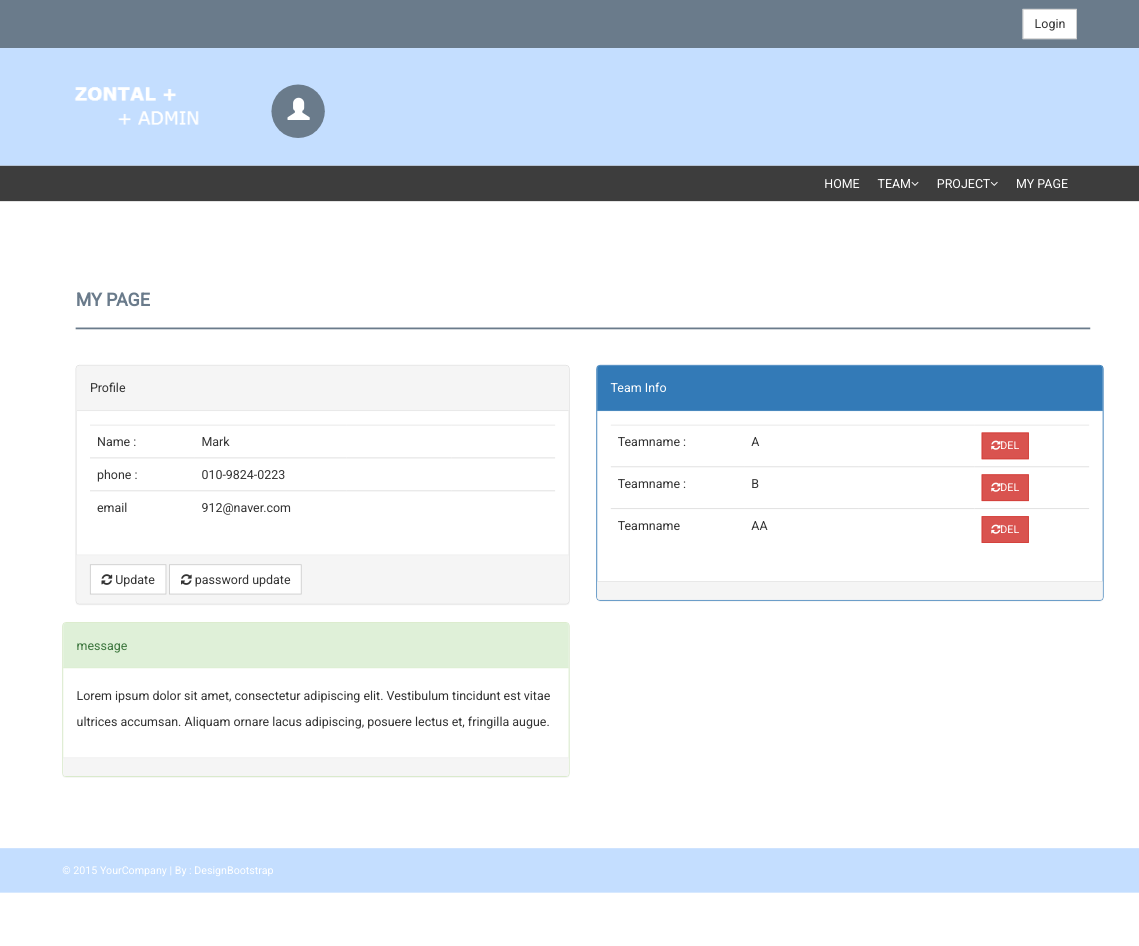
Repository: hwju91/skuniv
Page: http://localhost/0903.2/WEB-INF/jsp/mypage.jsp
The author's editor kept a copy of each file at every save. The page is drawn from the files as they stood at one save, then again after the next save.
The browser window is 1280 px wide. The pictures show the whole page, at 89% of full size.
The page is served by Tomcat 9. Nobody is signed in. The template is opened directly, without the code that normally fills it, so the values that code supplies are empty.

Above is the page before, as saved 2016-09-06 10:29:25.

After the next save:
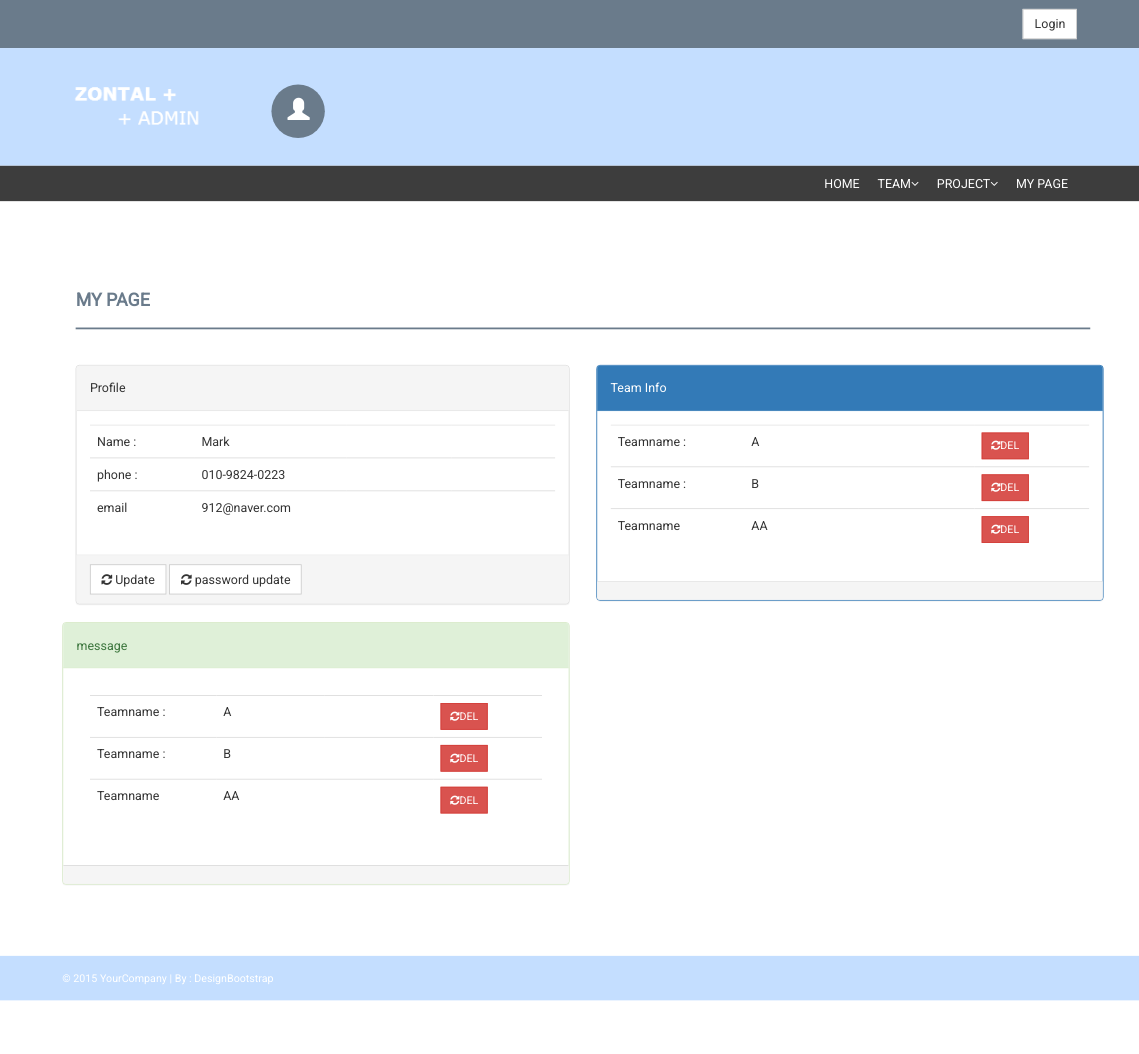
Saved 31 s later.
--- a/0903.2/WebContent/WEB-INF/jsp/mypage.jsp
+++ b/0903.2/WebContent/WEB-INF/jsp/mypage.jsp
@@ -129,7 +129,41 @@
                             message
                         </div>
                         <div class="panel-body">
-                            <p>Lorem ipsum dolor sit amet, consectetur adipiscing elit. Vestibulum tincidunt est vitae ultrices accumsan. Aliquam ornare lacus adipiscing, posuere lectus et, fringilla augue.</p>
+                        <div class="panel-body">
+                            <div class="table-responsive">
+                                <table class="table">
+                                    <thead>
+                                        <!-- <tr>
+                                            <th>#</th>
+                                            <th>First Name</th>
+                                            <th>Last Name</th>
+                                            <th>Username</th>
+                                        </tr> -->
+                                    </thead>
+                                    <tbody>
+                                        <tr>
+                                            <td>Teamname :</td>
+                                            <td>A</td>
+                                            <td> </td>
+                                            <td>  <a href="#" class="btn btn-danger btn-sm"><i class=" fa fa-refresh "></i>DEL</a></td>
+                                        </tr>
+                                        <tr>
+                                            <td>Teamname : </td>
+                                            <td>B</td>
+                                            <td></td>
+                                            <td><a href="#" class="btn btn-danger btn-sm"><i class=" fa fa-refresh "></i>DEL</a></td>
+                                        </tr>
+                                        <tr>
+                                            <td>Teamname</td>
+                                            <td>AA</td>
+                                            <td></td>
+                                            <td><a href="#" class="btn btn-danger btn-sm"><i class=" fa fa-refresh "></i>DEL</a></td>
+                                        </tr>
+
+                                    </tbody>
+                                </table>
+                            </div>
+                        </div>
                         </div>
                         <div class="panel-footer">
                              <!-- <a href="#" class="btn btn-default"><i class=" fa fa-refresh "></i> password update</a> -->
